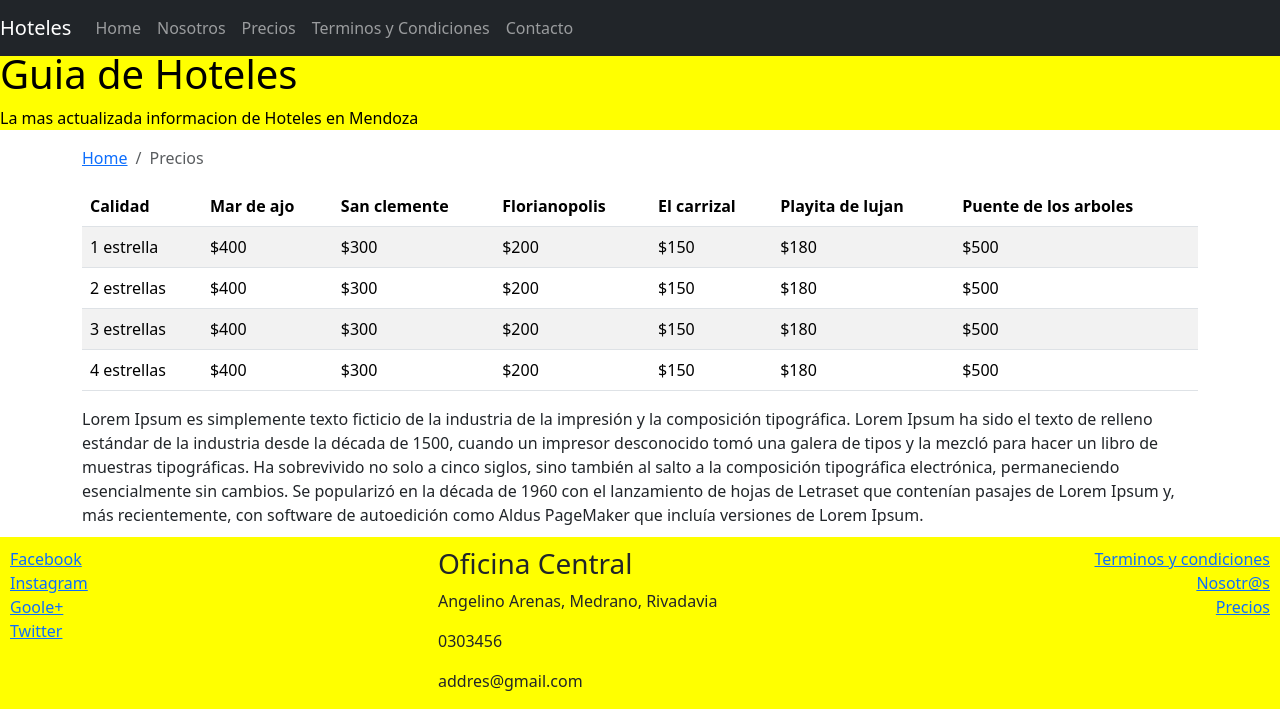
Repository: JulianMoralesSantoni/PaginaHoteles
Page: Precios.html
An editor plug-in stored every save of this project. The page is shown before and after the next save, followed by the edit.
The browser window is 1280 px wide. The page is 1282 px wide, so the pictures cover 1282 px, including what lies to the right of the window. The pictures show the whole page.
Some web fonts or font styles are not loaded; a fallback is used. Some web libraries are served in a nearby version.

Above is the page before, as saved 2021-03-29 01:30:47.

### Precios.html
<!doctype html>
<html lang="en">
  <head>
    <!-- Required meta tags -->
    <meta charset="utf-8">
    <meta name="viewport" content="width=device-width, initial-scale=1, shrink-to-fit=no">

    <!-- Bootstrap CSS -->
    <link rel="stylesheet" href="node_modules/bootstrap/dist/css/bootstrap.min.css" >
    <link rel="stylesheet" href="css/main.css" >
    <link rel="stylesheet" href="node_modules/open-iconic/font/css/open-iconic-bootstrap.min.css" >

    <title>Guia de Hoteles</title>
  </head>
  <body>
    <nav class="navbar navbar-expand-md navbar-dark bg-dark fixed-top" >
      <a class="navbar-brand" href="./index.html">Hoteles</a>
      <button class="navbar-toggler" type="button" data-toggle="collapse" data-target="#navbarNav" aria-controls="navbarNav" aria-expanded="false" aria-label="Toggle navigation">
        <span class="navbar-toggler-icon"></span>
      </button>
      <div class="collapse navbar-collapse" id="navbarNav">
        <ul class="navbar-nav">
          <li class="nav-item">
            <a class="nav-link" href="./index.html">Home </a>
          </li>
          <li class="nav-item">
            <a class="nav-link" href="./about.html">Nosotros</a>
          </li>
          <li class="nav-item active">
            <a class="nav-link" href="./Precios.html">Precios</a>
          </li>
          <li class="nav-item">
            <a class="nav-link" href="#">Terminos y Condiciones</a>
          </li>
          <li class="nav-item">
            <a class="nav-link" href="./contacto.html">Contacto</a>
          </li>


        </ul>
      </div>
    </nav>
    <div class="jumbotron">
      <h1>Guia de Hoteles</h1>

      <p>La mas actualizada informacion de Hoteles en Mendoza</p>
    </div>

    <div class="container">
      <nav aria-label="breadcrumb">
        <ol class="breadcrumb">
          <li class="breadcrumb-item"><a href="./index.html">Home</a></li>
          <li class="breadcrumb-item active" aria-current="page">Precios</li>
        </ol>
      </nav>

      <div class="table-resposive">
        <table class="table table-striped">
          <thead class="thead-dark">
            <th>Calidad</th>
            <th>Mar de ajo</th>
            <th>San clemente</th>
            <th>Florianopolis</th>
            <th>El carrizal</th>
            <th>Playita de lujan</th>
            <th>Puente de los arboles</th>
          </thead>
          <tbody>
            <tr>
              <td>1 estrella</td>
              <td>$400</td>
              <td>$300</td>
              <td>$200</td>
              <td>$150</td>
              <td>$180</td>
              <td>$500</td>
            </tr>
            <tr>
              <td>2 estrellas</td>
              <td>$400</td>
              <td>$300</td>
              <td>$200</td>
              <td>$150</td>
              <td>$180</td>
              <td>$500</td>
            </tr>
            <tr>
              <td>3 estrellas</td>
              <td>$400</td>
              <td>$300</td>
              <td>$200</td>
              <td>$150</td>
              <td>$180</td>
              <td>$500</td>
            </tr>
            <tr>
              <td>4 estrellas</td>
              <td>$400</td>
              <td>$300</td>
              <td>$200</td>
              <td>$150</td>
              <td>$180</td>
              <td>$500</td>
            </tr>
          </tbody>
        </table>
      </div>



      <span>Lorem Ipsum es simplemente texto ficticio de la industria de la impresión y la composición tipográfica.
        Lorem Ipsum ha sido el texto de relleno estándar de la industria desde la década de 1500,
        cuando un impresor desconocido tomó una galera de tipos
        y la mezcló para hacer un libro de muestras tipográficas.
        Ha sobrevivido no solo a cinco siglos,
         sino también al salto a la composición tipográfica electrónica,
        permaneciendo esencialmente sin cambios.
        Se popularizó en la década de 1960 con el lanzamiento de hojas
        de Letraset que contenían pasajes de Lorem Ipsum y,
         más recientemente, con software de autoedición como Aldus PageMaker que incluía versiones de Lorem Ipsum.
      </span>

  </div>

 <footer>
   <div class="row">
     <div class="col-sm-4 d-flex flex-column ">
      <a href="http:www.facebook.com">Facebook</a>
      <a href="http:www.instagram">Instagram</a>
      <a href="http:www.google.com">Goole+</a>
      <a href="http:www.Twitter.com">Twitter</a>
     </div>
   <div class="col-sm-4">
    <address>
      <h3>Oficina Central</h3>
      <p>Angelino Arenas, Medrano, Rivadavia</p>
      <p>0303456</p>
      <p>addres@gmail.com</p>


    </address>
  </div>
  <div class="col-sm-4 d-flex flex-column align-items-end">
     <a href="http:www.facebook.com">Terminos y condiciones</a>
      <a href="http:www.instagram">Nosotr@s</a>
      <a href="http:www.google.com">Precios</a>



  </div>


 </footer>


    <!-- Optional JavaScript -->
    <!-- jQuery first, then Popper.js, then Bootstrap JS -->
 <!--<script src="node_modules/jquery/dist/jquery.min.js" integrity="sha384-DfXdz2htPH0lsSSs5nCTpuj/zy4C+OGpamoFVy38MVBnE+IbbVYUew+OrCXaRkfj" crossorigin="anonymous"></script>
    <script src="node_modules/popper.js/dist/popper.min.js" integrity="sha384-9/reFTGAW83EW2RDu2S0VKaIzap3H66lZH81PoYlFhbGU+6BZp6G7niu735Sk7lN" crossorigin="anonymous"></script>
    <script src="node_modules/bootstrap/dist/js/bootstrap.min.js" integrity="sha384-B4gt1jrGC7Jh4AgTPSdUtOBvfO8shuf57BaghqFfPlYxofvL8/KUEfYiJOMMV+rV" crossorigin="anonymous"></script> -->
    <script src="https://code.jquery.com/jquery-3.5.1.slim.min.js" integrity="sha384-DfXdz2htPH0lsSSs5nCTpuj/zy4C+OGpamoFVy38MVBnE+IbbVYUew+OrCXaRkfj" crossorigin="anonymous"></script>
<script src="https://cdn.jsdelivr.net/npm/bootstrap@4.5.3/dist/js/bootstrap.bundle.min.js" integrity="sha384-ho+j7jyWK8fNQe+A12Hb8AhRq26LrZ/JpcUGGOn+Y7RsweNrtN/tE3MoK7ZeZDyx" crossorigin="anonymous"></script>
  </body>
</html>

### css/main.css
.jumbotron{

	background-color: yellow;
	color:black;
	margin-top: 50px;

}


footer{
	padding: 10px 10px 0 10px;
	background-color: yellow;

	margin-bottom: : 0px;
	margin-top: 10px;

}
.card-hotel{
	flex: 1 150px;
	padding: 2px 5px 2px 5px;

}
.btn-reserva{
	width: 100%;
	position: all;


}
.footer-address-icon{

	padding-right: 20px;
}

After the next save:
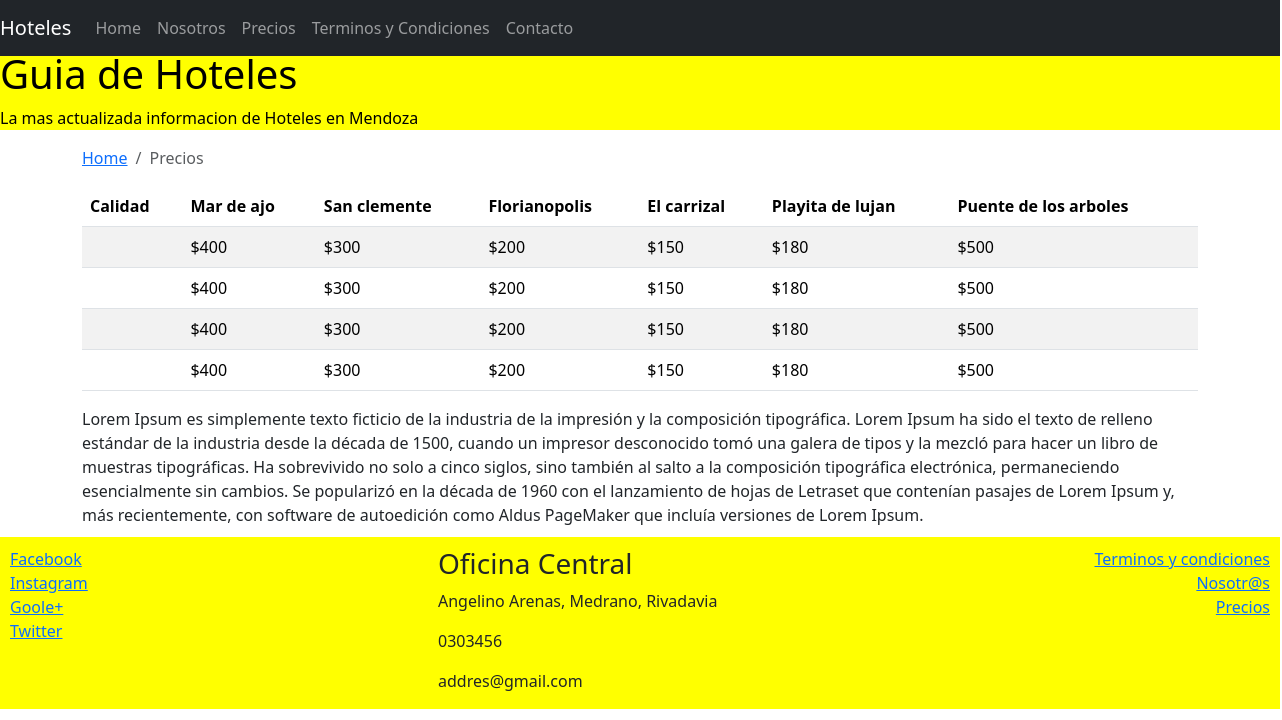
Saved 3 min 28 s later.
--- a/Precios.html
+++ b/Precios.html
@@ -67,7 +67,7 @@
           </thead>
           <tbody>
             <tr>
-              <td>1 estrella</td>
+              <td><span class="oi oi-star"></span></td>
               <td>$400</td>
               <td>$300</td>
               <td>$200</td>
@@ -76,7 +76,7 @@
               <td>$500</td>
             </tr>
             <tr>
-              <td>2 estrellas</td>
+              <td><span class="oi oi-star"></span><span class="oi oi-star"></span></td>
               <td>$400</td>
               <td>$300</td>
               <td>$200</td>
@@ -85,7 +85,7 @@
               <td>$500</td>
             </tr>
             <tr>
-              <td>3 estrellas</td>
+              <td><span class="oi oi-star"></span><span class="oi oi-star"></span><span class="oi oi-star"></span></td>
               <td>$400</td>
               <td>$300</td>
               <td>$200</td>
@@ -94,7 +94,7 @@
               <td>$500</td>
             </tr>
             <tr>
-              <td>4 estrellas</td>
+              <td><span class="oi oi-star"></span><span class="oi oi-star"></span><span class="oi oi-star"></span><span class="oi oi-star"></span></td>
               <td>$400</td>
               <td>$300</td>
               <td>$200</td>
